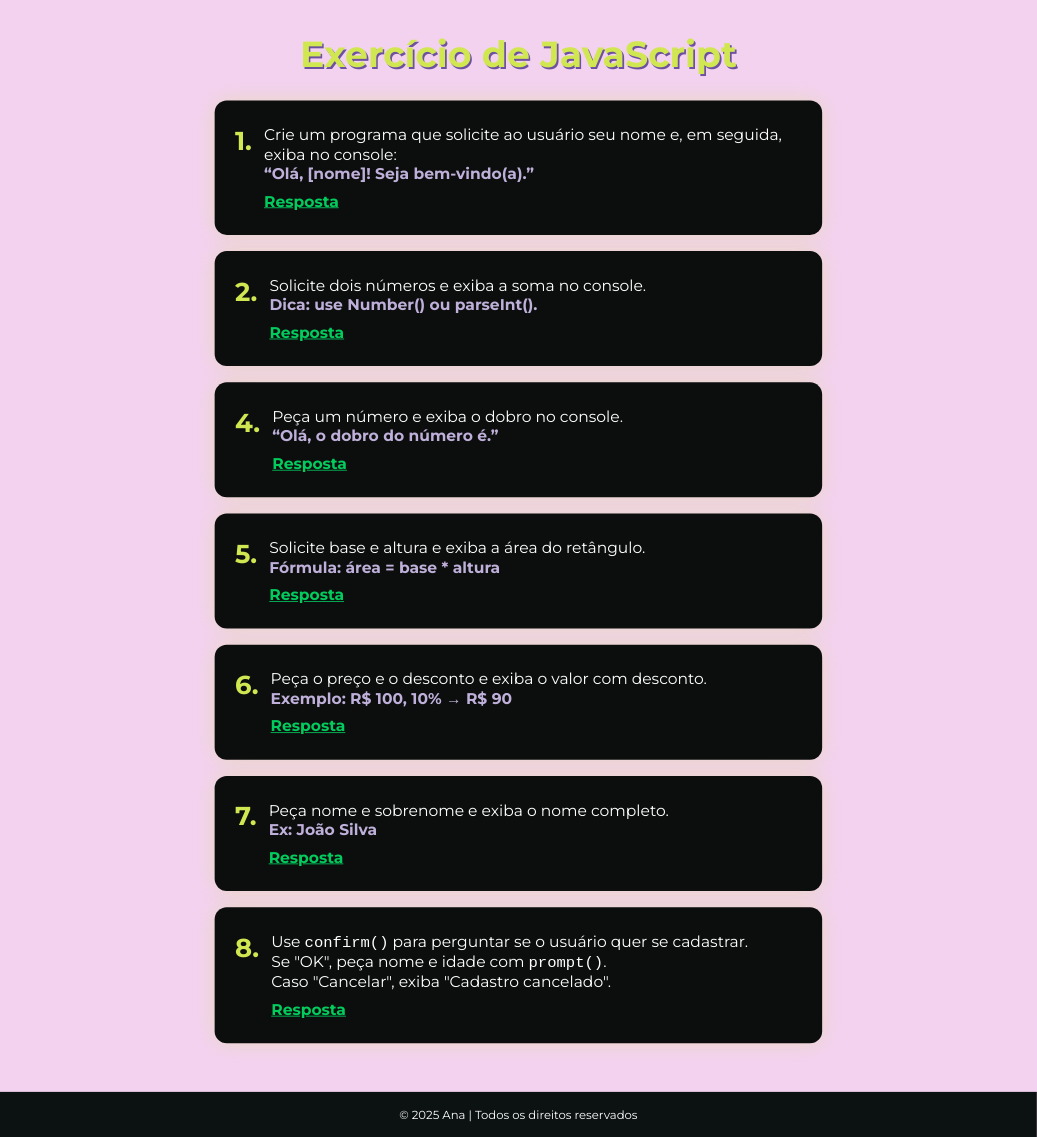
Repository: Anajaraa/atividadeJS
Page: index.html
An editor plug-in stored every save of this project. The page is shown before and after the next save, followed by the edit.
The browser window is 1280 px wide. The pictures show the whole page, at 81% of full size.

Above is the page before, as saved 2025-08-05 13:49:06.

After the next save:
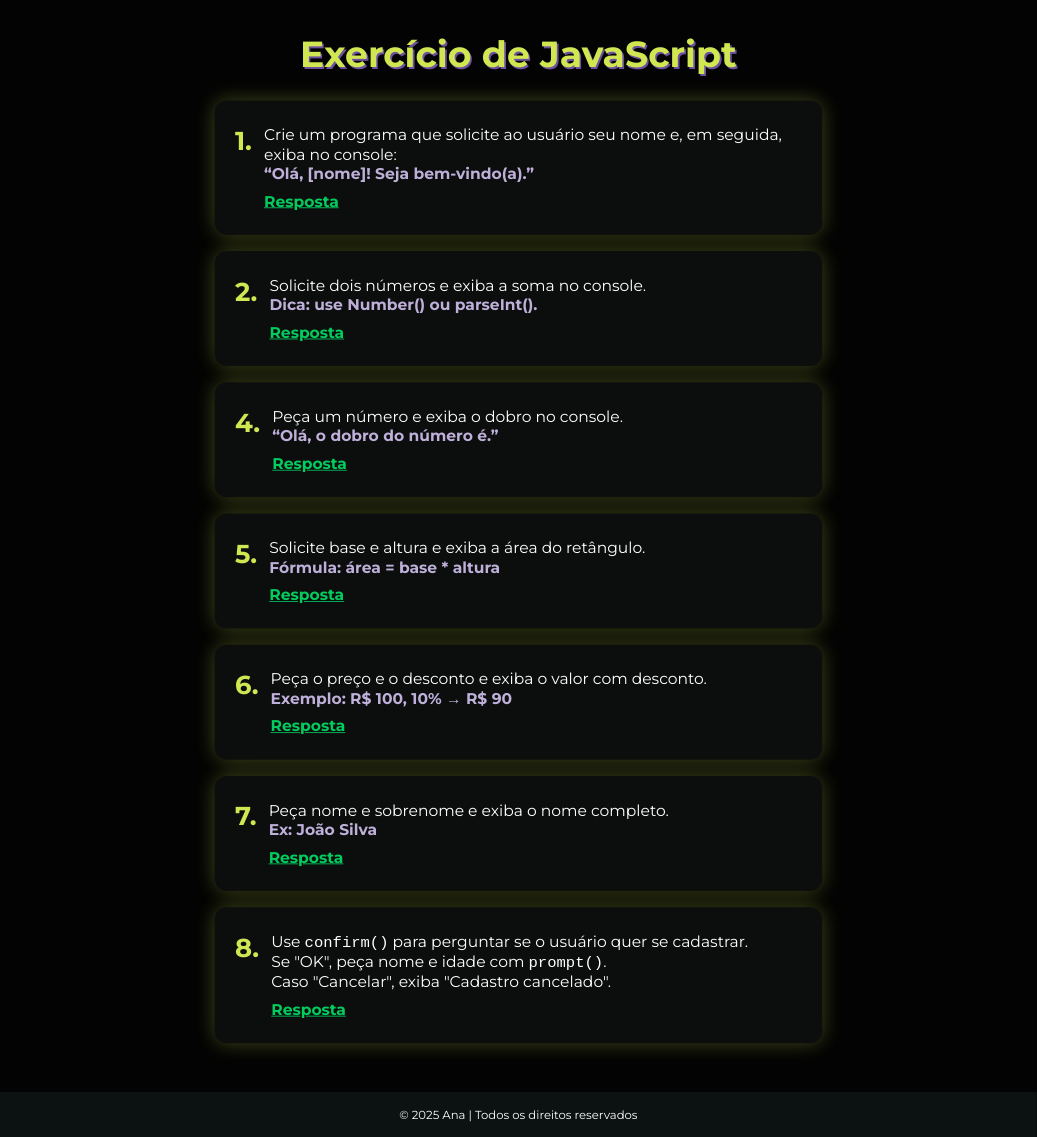
Saved 94 s later.
--- a/style.css
+++ b/style.css
@@ -8,7 +8,7 @@
 
 body {
   font-family: "Montserrat", sans-serif;
-  background-color: #f3d2f0;
+  background-color: #030303;
   color: #ffffff;
   display: flex;
   flex-direction: column;
